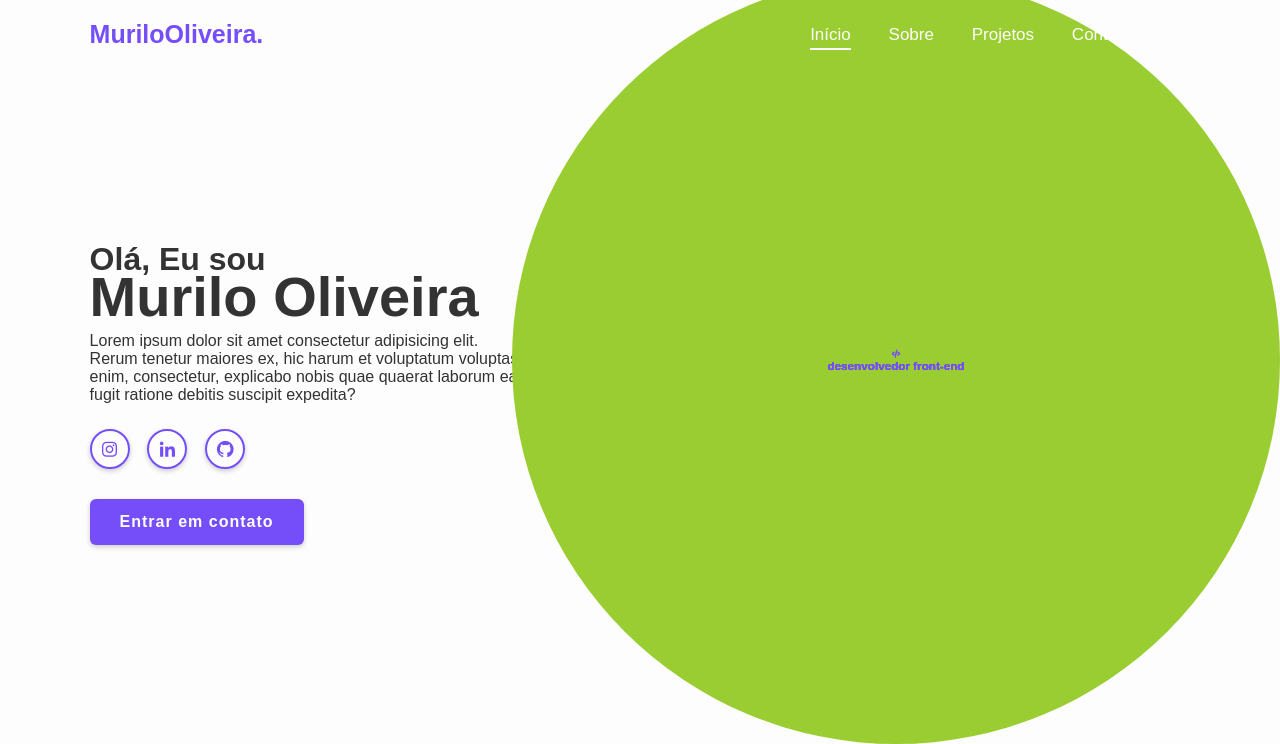
Repository: devMuriloOliveira/Portfolio-
Page: index.html
An editor plug-in stored every save of this project. The page is shown before and after the next save, followed by the edit.
The browser window is 1280 px wide. The pictures show the whole page.

Above is the page before, as saved 2023-03-11 15:05:16.

After the next save:
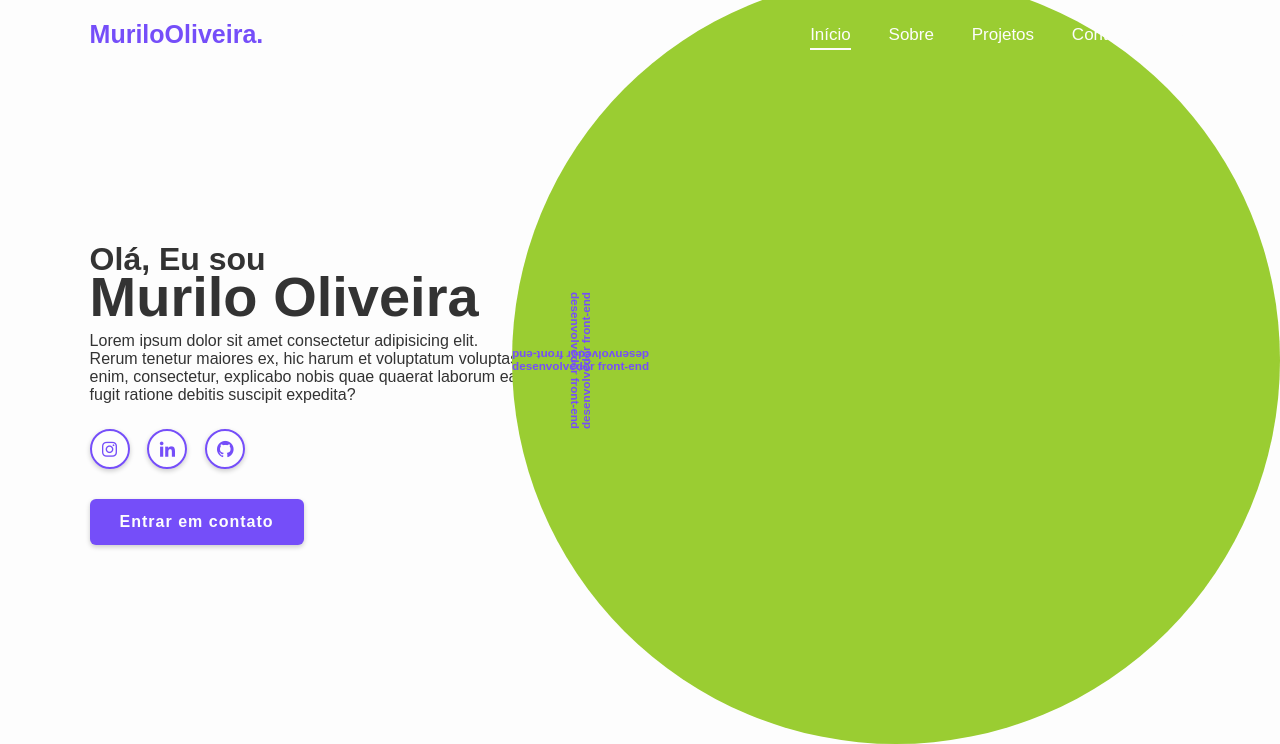
Saved 2 min 1 s later.
--- a/style.css
+++ b/style.css
@@ -169,8 +169,10 @@ section{
 
 .inicio .profession-box .profession{
   position: absolute;
+  left: 0;
   display: flex;
   align-items: center;
   flex-direction: column;
   color: var(--main-color);
+  transform: rotate(calc(360deg / 4 * var(--i)));
 }
